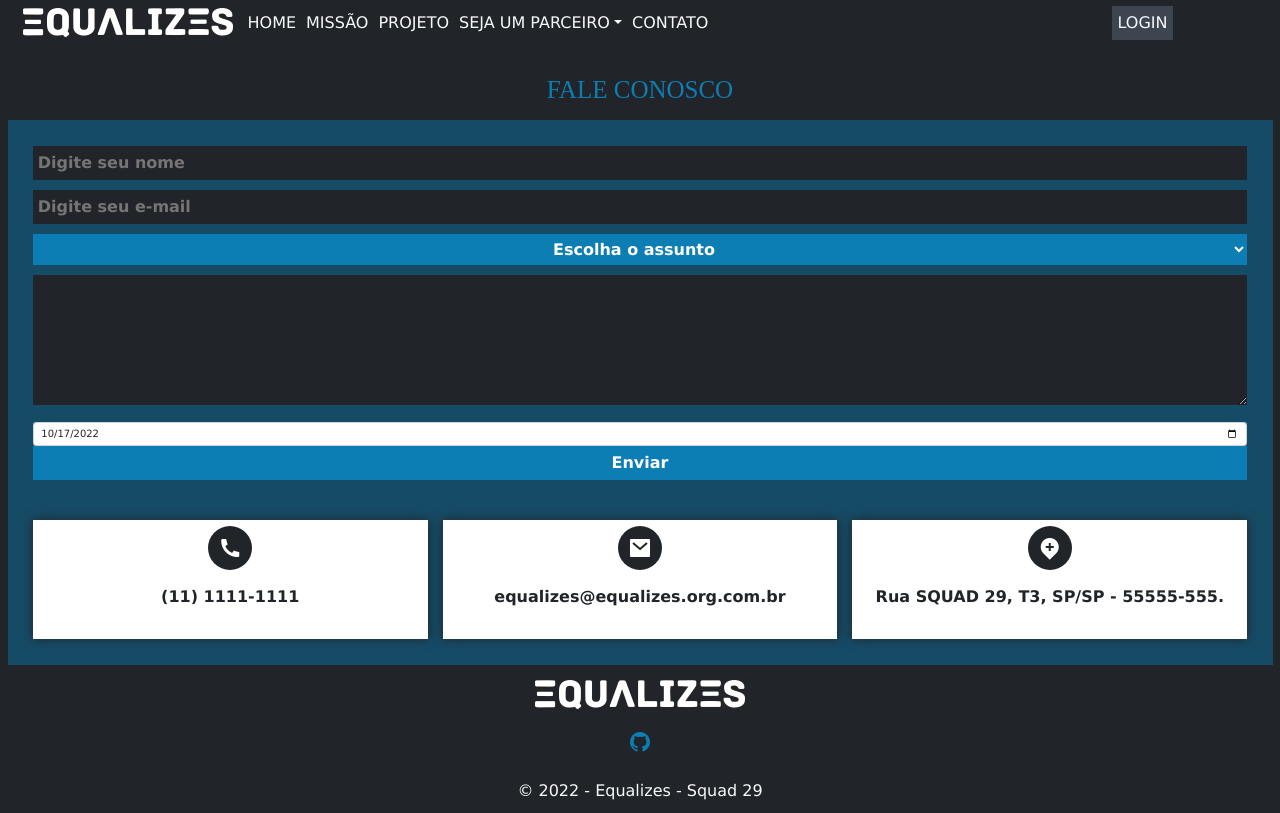
Repository: SQUAD29T3/-SpringEqualizesFinal
Page: http://localhost/site/contato
An editor plug-in stored every save of this project. The page is shown before and after the next save, followed by the edit.
The browser window is 1280 px wide. The pictures show the whole page.
The page is this project's Thymeleaf template; nobody is signed in. The template is opened directly, without the code that normally fills it, so the values that code supplies are empty.

Above is the page before, as saved 2022-10-25 01:13:07.

After the next save:
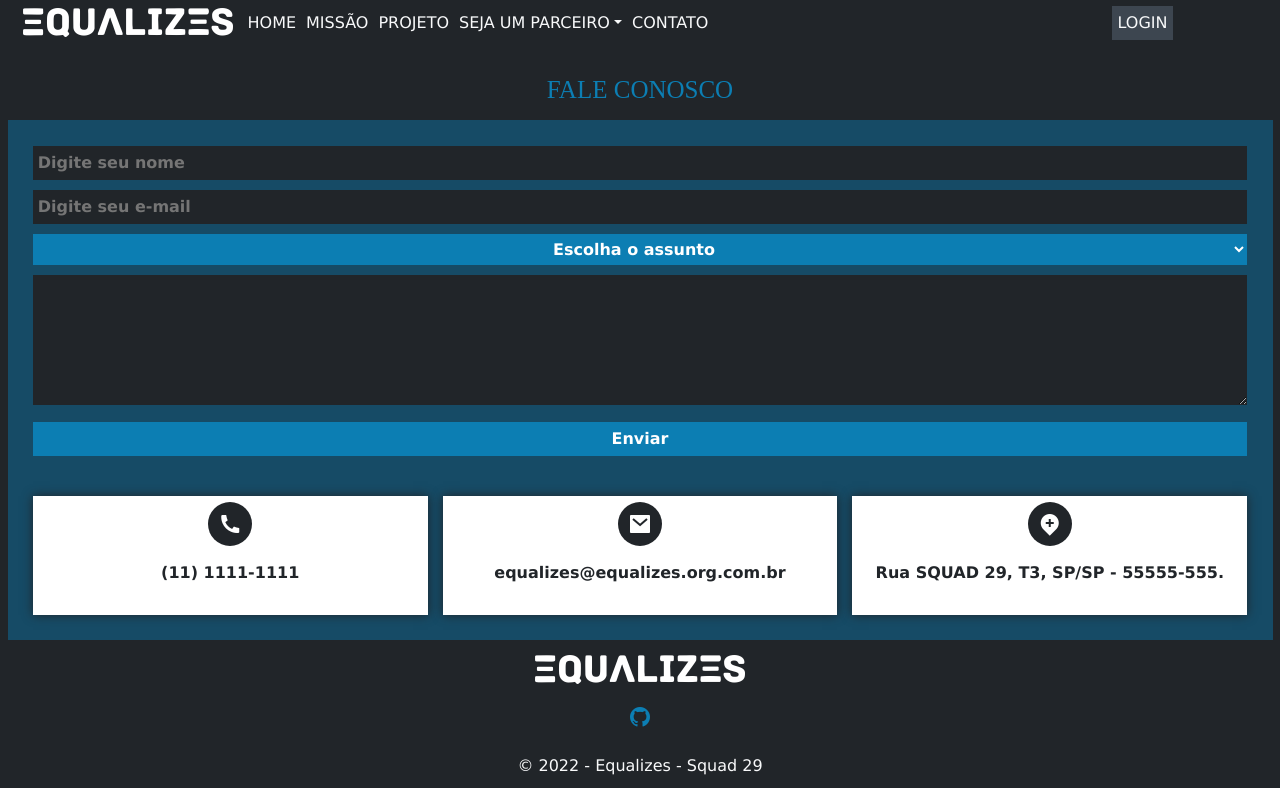
Saved 12 s later.
--- a/SpringEqualizes/src/main/resources/templates/site/contato.html
+++ b/SpringEqualizes/src/main/resources/templates/site/contato.html
@@ -158,7 +158,7 @@
 
 						<div class="col-12 mt-3">
 
-							<input type="date" class="form-control" name="dataContato" 	id="dataContato"  />
+							<input type="date" class="form-control" name="dataContato" 	id="dataContato"  hidden />
 
 							<input type="submit" value="Enviar">
 
